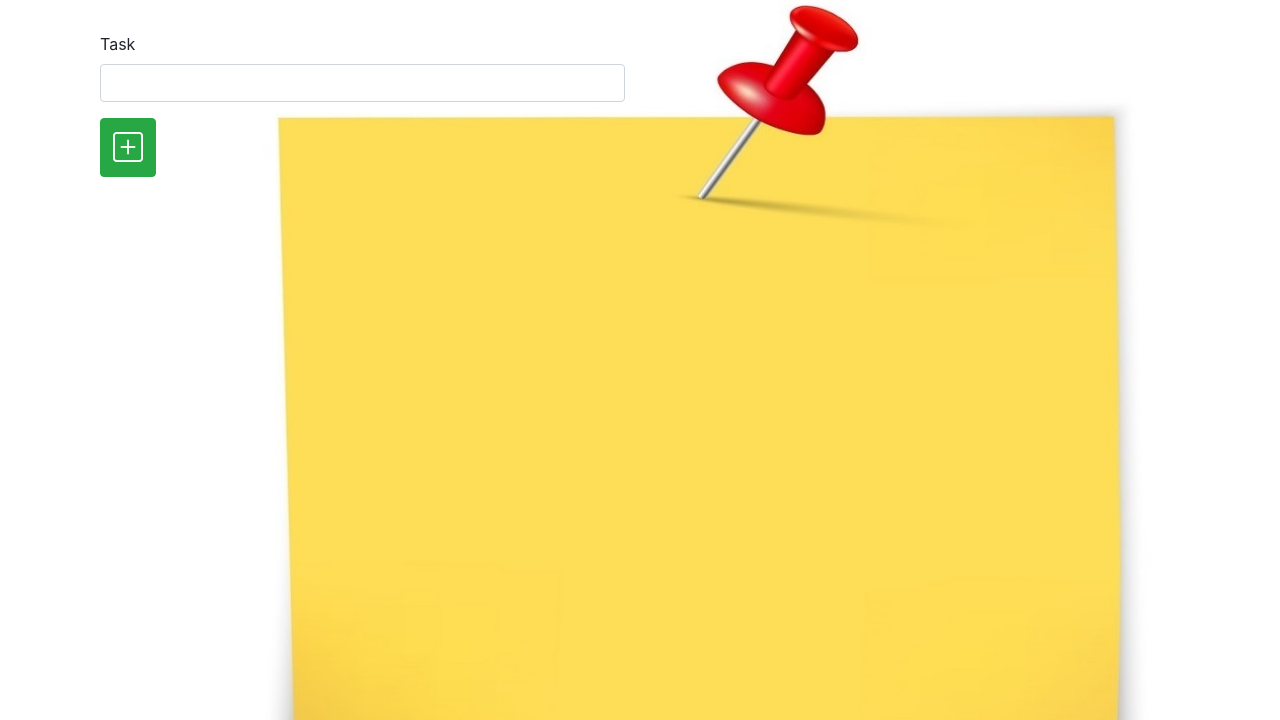
Repository: walaaElbasha/Todo-list-laravel
Page: http://localhost/tasks
An editor plug-in stored every save of this project. The page is shown before and after the next save, followed by the edit.
The browser window is 1280 px wide. The pictures show the whole page.
The page is served by the project's Laravel application, run on PHP 8.4 with Laravel 8. Other server files are loaded and not shown. Style sheets and scripts are compiled from the project's sources, by tool versions that may differ from the author's. Queries for data that is not in the repository find no rows.

Above is the page before, as saved 2021-07-01 13:47:47.

### routes/web.php
<?php

use Illuminate\Support\Facades\Route;
use App\Http\Controllers\TaskController;
/*
|--------------------------------------------------------------------------
| Web Routes
|--------------------------------------------------------------------------
|
| Here is where you can register web routes for your application. These
| routes are loaded by the RouteServiceProvider within a group which
| contains the "web" middleware group. Now create something great!
|
*/

Route::get('/', function () {
    return view('welcome');
});

Route::get('/tasks', [TaskController::class, 'index'])->name('tasks.index');
Route::post('/tasks', [TaskController::class, 'store'])->name('tasks.store');
Route::get('/tasks/{task}/edit', [TaskController::class, 'edit'])->name('tasks.edit');
Route::put('/tasks/{task}', [TaskController::class, 'update'])->name('tasks.update');
Route::delete('/tasks/{task}', [TaskController::class, 'destroy'])->name('tasks.destroy');

### app/Http/Controllers/TaskController.php
<?php

namespace App\Http\Controllers;
use Illuminate\Http\Request;
use App\Http\Requests\TaskRequest;
use App\Models\Task;


class TaskController extends Controller

{

    public function index()
    {
        $allTasks = Task::paginate(5);

        return view('tasks.index', [
            'allTasks' => $allTasks
        ]);
    }

    public function edit($taskId)
    {
        $task = Task::find($taskId);
        return view('tasks.edit', [
            'task' => $task,
        ]);
    }
    public function update($taskId, TaskRequest $request)
    {


        // $requestData = $request->all();

        // $task = Task::find($taskId);
        // $task->update($requestData);
        // $task->save();

        $requestData = $request->all();
        $task = Task::find($taskId);
        $task->update($requestData);
        $task->save();
        return redirect()->route('tasks.index')->with('success', "TODO updated successfully!");
    }

    public function destroy($taskId)
    {

        $task = Task::findorfail($taskId);

        $task->delete();
        return redirect()->route('tasks.index');
    }



    public function store(TaskRequest $request)
    {

        // $requestData = $request->all();
        // Task::create($requestData);

        $task = new Task;
        $task->name = $request->name;
        $task->save();
        return redirect()->route('tasks.index');
    }

}

### resources/views/tasks/index.blade.php
@extends('layouts.app')

@section('content')

<!-- Bootstrap Boilerplate... -->
<div>

    <div class="container">
        <!-- Display Validation Errors -->
        <ul>
            @foreach($allTasks as $task)

            <li>
                <div class="row" style="display:flex;">
                    <div class="col-6">
                        {{ $task->name}}



                        <div class="col-6" stye="justify-content:flex-end float:right">

                            <a href="{{ route('tasks.edit',['task' => $task['id']]) }}" class="btn btn-secondary" style="margin-bottom: 20px;"><i class="bi bi-pencil-square"></i>


                            </a>

                            <form style="display:inline" method="POST" action="{{route('tasks.destroy',['task' => $task['id']])}}">
                                @csrf
                                @method('DELETE')
                                <button onclick="return confirm('Are you sure?')" class="btn btn-danger" type="submit" style="margin-bottom: 20px;"><i class="bi bi-trash-fill"></i></button>
                            </form>
                        </div>
                        <br>
            </li>
            @endforeach
        </ul>
        <!-- New Task Form -->
        <form action="{{ route('tasks.store') }}" method="POST" class="form-horizontal">
            @csrf

            <!-- Task Name -->
            <div class="form-group">
                <label for="task" class="col-sm-3 control-label">Task</label>

                @if($errors->any())
                <div class="alert alert-danger">
                    <ul>
                        @foreach ($errors->all() as $error)
                        <li>{{ $error }}</li>
                        @endforeach
                    </ul>
                </div>
                @endif
                <div class="col-sm-6">
                    <input type="text" name="name" id="name" class="form-control">
                </div>
            </div>
<div style="display:flex">

            <div class="form-group">
                <div class="col-sm-offset-3 col-sm-6">
                    <button type="submit" class="btn btn-success" >
                        <span style="font-size:30px"><i class="bi bi-plus-square"></i> </span>
                    </button>
                </div>
            </div>
            </div>
        </form>
    </div>
</div>


<div class="text-center">
    {{$allTasks->links("pagination::bootstrap-4")}}

</div>
<!-- TODO: Current Tasks -->
@endsection

### resources/views/layouts/app.blade.php
<!DOCTYPE html>
<html lang="en">

<head>
    <meta charset="utf-8">
    <meta name="viewport" content="width=device-width, initial-scale=1">

    <!-- CSRF Token -->
    <meta name="csrf-token" content="{{ csrf_token() }}">

    <title>{{ config('app.name', 'All Tasks') }}</title>

    <!-- Scripts -->
    <script src="{{ asset('js/app.js') }}" defer></script>

    <!-- Fonts -->
    <link rel="dns-prefetch" href="//fonts.gstatic.com">
    <link href="https://fonts.googleapis.com/css?family=Nunito" rel="stylesheet">

    <!-- Styles -->
    <link href="{{ asset('css/app.css') }}" rel="stylesheet">
    <link rel="stylesheet" href="https://cdn.jsdelivr.net/npm/bootstrap@4.6.0/dist/css/bootstrap.min.css" integrity="sha384-B0vP5xmATw1+K9KRQjQERJvTumQW0nPEzvF6L/Z6nronJ3oUOFUFpCjEUQouq2+l" crossorigin="anonymous">
    <link rel="stylesheet" href="path/to/font-awesome/css/font-awesome.min.css">
    <link rel="stylesheet" href="https://cdn.jsdelivr.net/npm/bootstrap-icons@1.5.0/font/bootstrap-icons.css">
</head>


<body style="background-image: url('sticky.jpg')  ; background-repeat: no-repeat;
  background-size: 1400px 950px;">
    <div class="container">
        <nav class="navbar navbar-default">
            <!-- Navbar Contents -->
        </nav>
    </div>

    @yield('content')

</body>

</html>

Loaded but not shown: app/Http/Controllers/Controller.php (common file); app/Models/Task.php (common file); resources/sass/app.scss (common file); resources/sass/_variables.scss (common file)

After the next save:
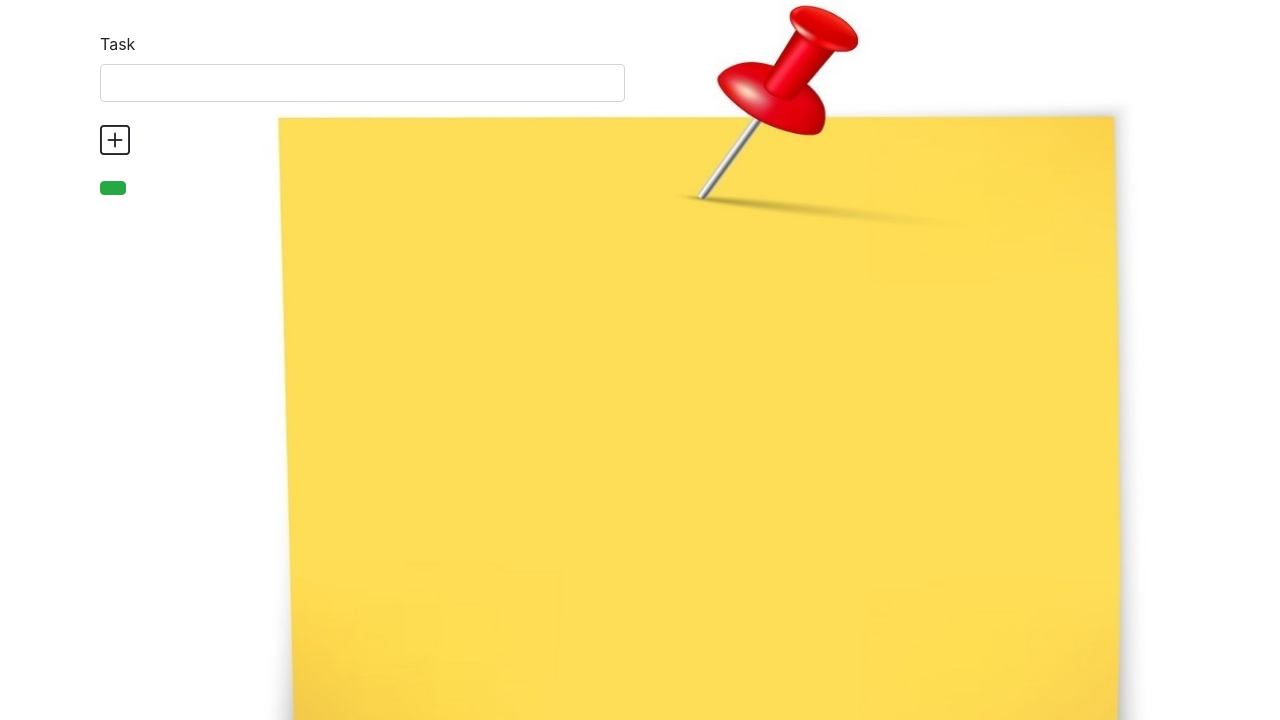
Saved 23 s later.
--- a/resources/views/tasks/index.blade.php
+++ b/resources/views/tasks/index.blade.php
@@ -55,15 +55,16 @@
                     <input type="text" name="name" id="name" class="form-control">
                 </div>
             </div>
-<div style="display:flex">
+            <div style="display:flex">
 
-            <div class="form-group">
-                <div class="col-sm-offset-3 col-sm-6">
-                    <button type="submit" class="btn btn-success" >
-                        <span style="font-size:30px"><i class="bi bi-plus-square"></i> </span>
-                    </button>
+                <div class="form-group">
+                    <div class="col-sm-offset-3 col-sm-6">
+
+                        <span style="font-size:30px"><i class="bi bi-plus-square">
+                                <button type="submit" class="btn btn-success"> </button></i> </span>
+
+                    </div>
                 </div>
-            </div>
             </div>
         </form>
     </div>
